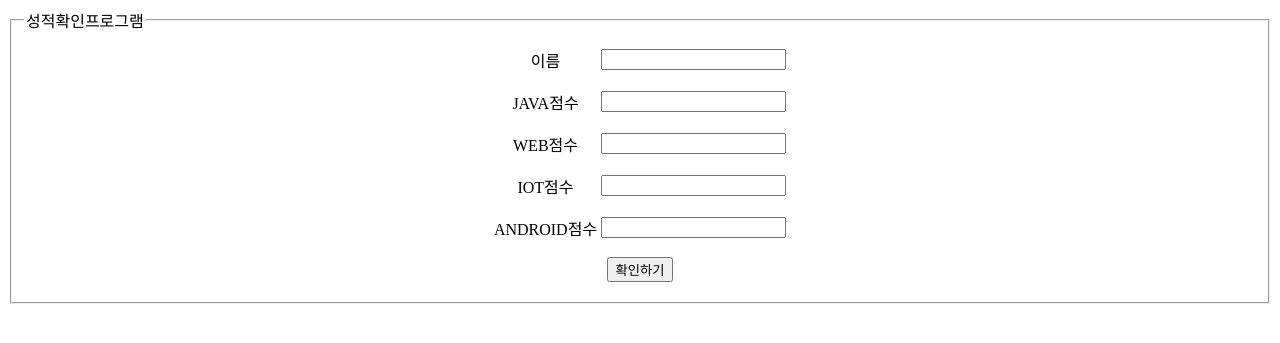
Repository: Jungsol/Servlet_JSP_study
Page: http://localhost/JSP/ex09_reuqest.jsp
An editor plug-in stored every save of this project. The page is shown before and after the next save, followed by the edit.
The browser window is 1280 px wide. The pictures show the whole page.
The page is served by Tomcat 9.

Above is the page before, as saved 2023-06-08 15:56:49.

After the next save:
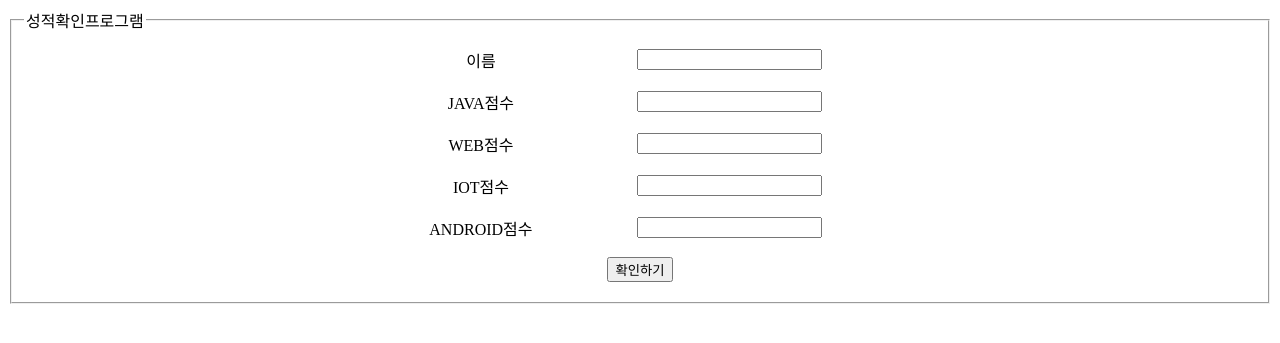
Saved 16 s later.
--- a/JSP/src/main/webapp/ex09_reuqest.jsp
+++ b/JSP/src/main/webapp/ex09_reuqest.jsp
@@ -19,7 +19,7 @@
 	<form action="">
 		<fieldset>
 			<legend>성적확인프로그램</legend>
-			<table>
+			<table width="500">
 				<tr>
 					<td>이름</td>
 					<td><input type="text" name="name"></td>

After the save that followed:
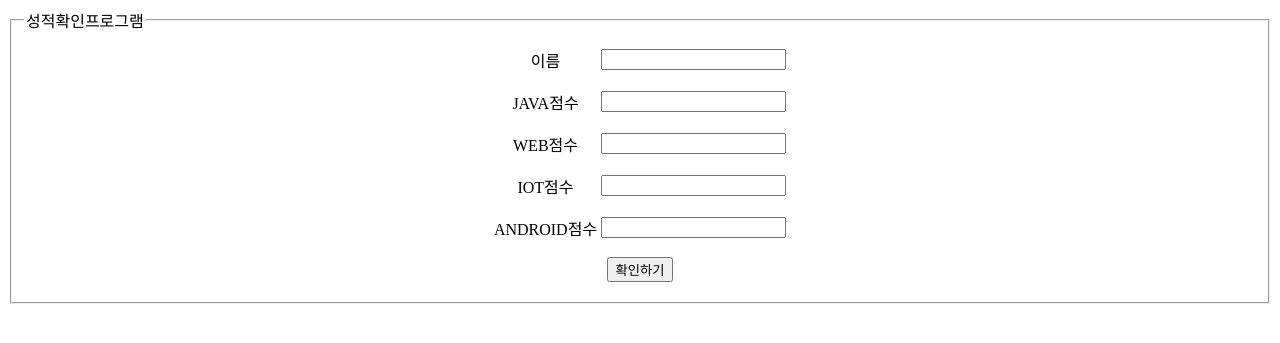
Saved 10 s later.
--- a/JSP/src/main/webapp/ex09_reuqest.jsp
+++ b/JSP/src/main/webapp/ex09_reuqest.jsp
@@ -19,7 +19,7 @@
 	<form action="">
 		<fieldset>
 			<legend>성적확인프로그램</legend>
-			<table width="500">
+			<table>
 				<tr>
 					<td>이름</td>
 					<td><input type="text" name="name"></td>
